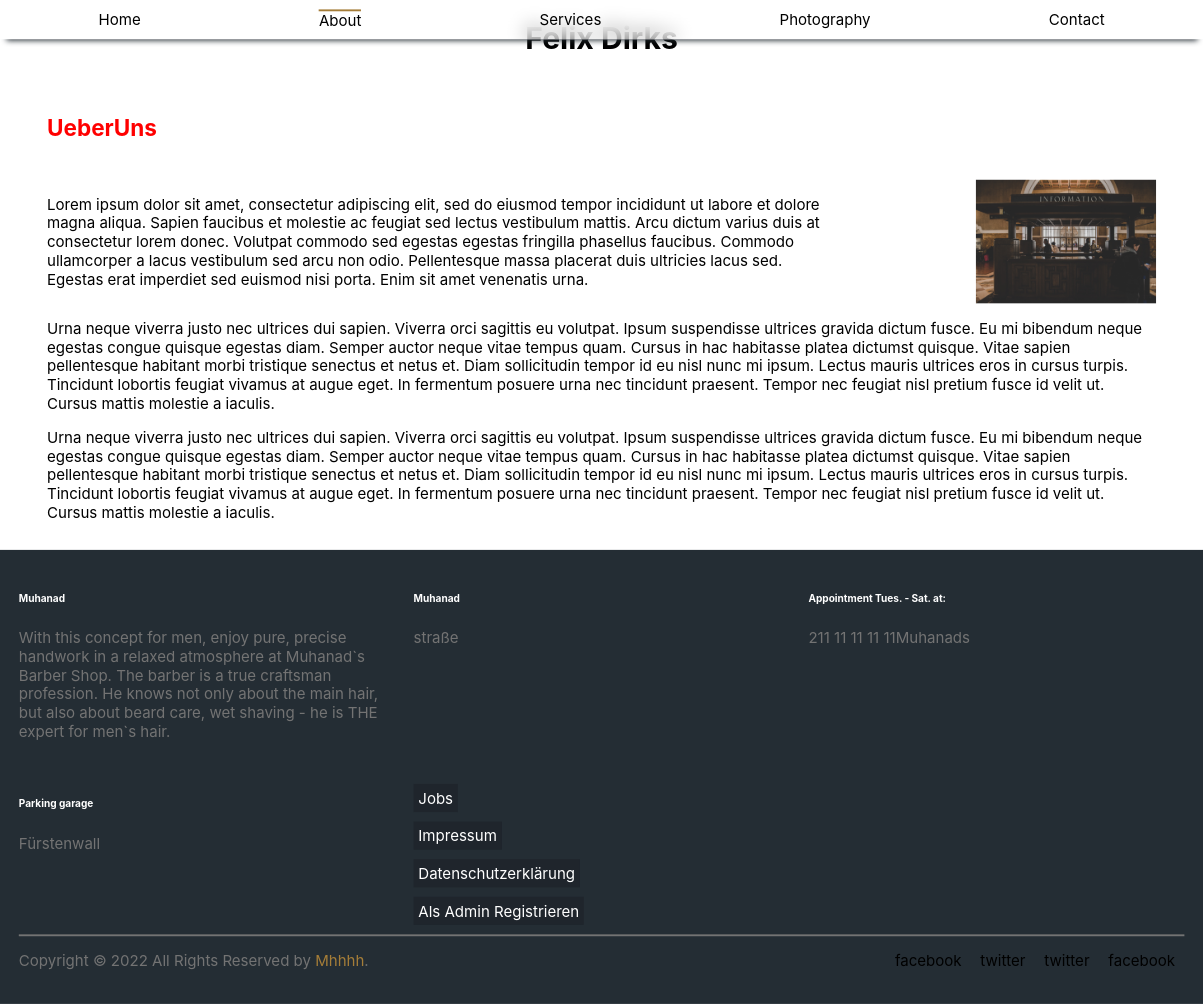
Repository: muhanad-musawi/backend-projekt-frondend
Page: /About (app in pohtographer/)
An editor plug-in stored every save of this project. The page is shown before and after the next save, followed by the edit.
The browser window is 1280 px wide. The pictures show the whole page, at 94% of full size.
The project was rebuilt for these pictures with package versions that can differ from the ones it lists, and the page was loaded fresh each time. The framework's server and built-in components were replaced by stand-ins that run in the browser. Also part of the build but not shown: pohtographer/next.config.js.

Above is the page before, as saved 2022-03-27 16:38:59.

After the next save:
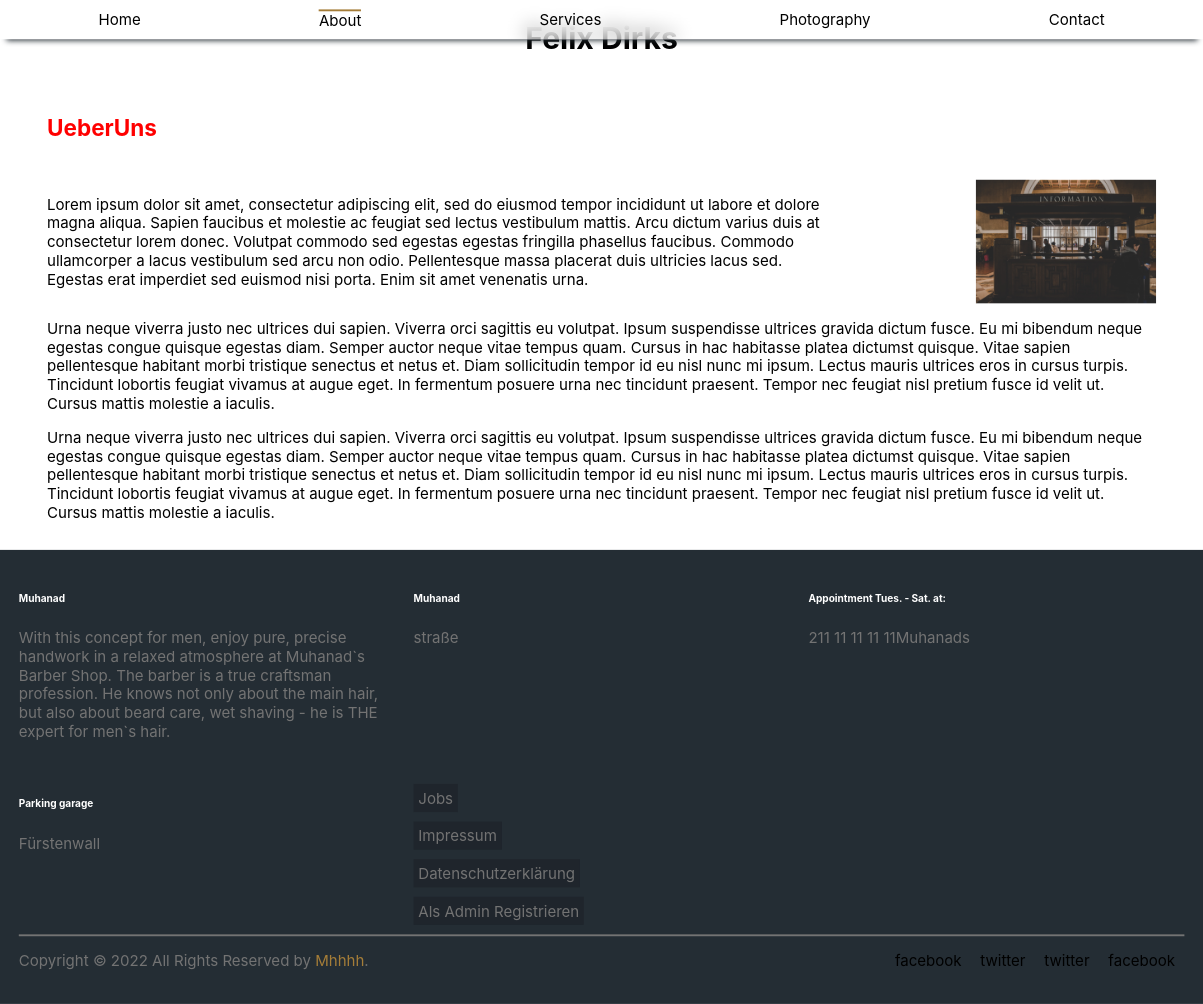
Saved 34 s later.
--- a/pohtographer/styles/Footer.module.css
+++ b/pohtographer/styles/Footer.module.css
@@ -47,7 +47,7 @@
 .jobsImpressumDatenschutzerklärungLink  div {
   margin: 10px 0;
   padding: 5px 5px;
-  color: #ffffff;
+  color: #737373;
   background-color: #1f252c;
   width: max-content;
 }
